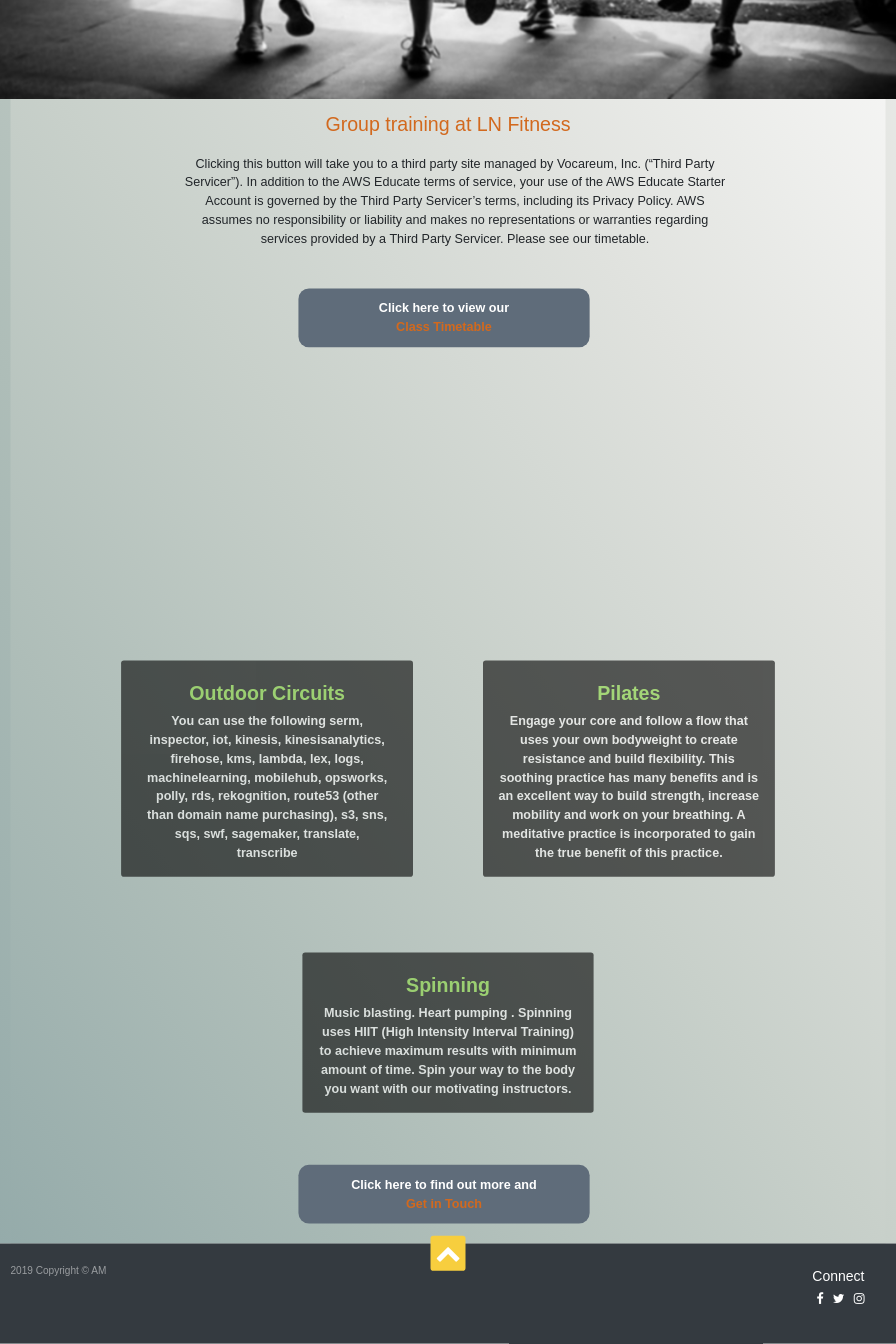
Repository: murphya14/Fitness-webpage
Page: group-training.html
The author's editor kept a record of every edit. The page is drawn from the files as they stood at one moment, then again after the next edit.
The browser window is 1280 px wide. The pictures show the part of the page from y = 738 to 2658 px (the page is 2658 px tall), at 70% of full size.
Pictures or frames that could not be fetched are drawn as grey boxes. Some web libraries are served in a nearby version.

Above is the page before.

### group-training.html
<!DOCTYPE html>
<html lang="en">

<head>
  <meta charset="UTF-8">
  <meta name="viewport" content="width=device-width, initial-scale=1.0">
  <meta http-equiv="X-UA-Compatible" content="ie=edge">
    <link rel="stylesheet" href="https://stackpath.bootstrapcdn.com/bootstrap/4.3.1/css/bootstrap.min.css" <link rel="stylesheet" href="https://stackpath.bootstrapcdn.com/font-awesome/4.7.0/css/font-awesome.min.css" type="text/css" />
  <link rel="stylesheet" href="assets/css/style.css" />
  <link rel="shortcut icon" type="image/x-icon" href="assets/favicon.ico">
  <link rel="stylesheet" href="https://cdnjs.cloudflare.com/ajax/libs/font-awesome/4.7.0/css/font-awesome.min.css">
  <link rel="stylesheet" type="text/css" href="//fonts.googleapis.com/css?family=Dancing+Script" />
  <script src="https://code.jquery.com/jquery-3.2.1.slim.min.js" integrity="sha384-KJ3o2DKtIkvYIK3UENzmM7KCkRr/rE9/Qpg6aAZGJwFDMVNA/GpGFF93hXpG5KkN" crossorigin="anonymous"></script>

  <title>Home</title>
</head>

<body>



  <header>
    <!-- Logo and Nav bar-->
    <!-- Used help from Stack overflow: https://stackoverflow.com/questions/23949804/how-to-change-link-color-bootstrap-->


    <nav class=" container-fliud navbar navbar-expand-lg navbar-custom  fixed-top navbar-light topnav">
      <div><a class="logo " href="index.html">
          <img src="assets/images/logo.png" alt="logo">
        </a></div>


      <div>
        <div>
          <ul class="nav justify-content-center container-fluid">

            <li class="nav-item">
              <a class="nav-link" href="index.html">Home</a>
            </li>
            <li class="nav-item ">
              <a class="nav-link" href="about.html">About</a>
            </li>
            <li class="nav-item  ">
              <a class="nav-link" href="personal-training.html">Personal Training</a>
              <li class="nav-item ">
                <a class="nav-link" id="active" href="group-training.html">Group Training</a>
              </li>
             <li class="nav-item ">
                <a class="nav-link" href="get-in-touch.html">Get in Touch</a>
              </li>
          </ul>

        </div>
        <!-- Select menu for Nav bar for smaller devices-->


  <select id="select">
    <option value="index.html" >Home</option>
    <option value="about.html" >About</option>
    <option value="personal-training.html">Personal Training</option>
    <option value="group-training" selected="selected">Group Training</option>
    <option value="get-in-touch">Get in Touch</option>
  </select>

        <!-- Social links-->

        <div class="row no-gutters">
          <div class="col">

            <div class="nav-link">

              <ul class="list-inline social-links">
                <li class="list-inline-item">
                  <a target="_blank" href="#">
                            <i class="fa fa-facebook" aria-hidden="true"></i>
                            <span class="sr-only">Facebook</span>
                        </a>
                </li>
                <li class="list-inline-item">
                  <a target="_blank" href="#">
                            <i class="fa fa-twitter" aria-hidden="true"></i>
                            <span class="sr-only">Twitter</span>
                        </a>
                </li>


                <li class="list-inline-item">
                  <a target="_blank" href="#">
                            <i class="fa fa-instagram" aria-hidden="true"></i>
                            <span class="sr-only">Instagram</span>
                        </a>
                </li>

              </ul>
            </div>
          </div>
        </div>

    </nav>


  </header>

  <!-- Container for main image -->


    <section class="section ">

  <div class="container-fluid ">

<div class="container-fluid">
      <div class="row main-image ">

        <div class=" col-md-12 image-about">
          <img src="assets/images/group.jpg"  alt="Group Fitness">

          <h2 class="image-text">LN Fitness</h2>
        </div>
      </div>
  </div>

  <!-- Content for section -->

  <div class="container-fluid section">
    <div class="row">
      <div class="col-md-12">
        <h3 class="section-heading">Group training at LN Fitness</h3>
        <p class="col-md-8 section-p-about">Clicking this button will take you to a third party site managed by Vocareum, Inc. (“Third Party Servicer”). In addition to the AWS Educate terms of service, your use of the AWS Educate Starter Account is governed by the Third Party Servicer’s
          terms, including its Privacy Policy. AWS assumes no responsibility or liability and makes no representations or warranties regarding services provided by a Third Party Servicer.</a>
          Please see our timetable.</p>
          </div>
         </div>



     <div class="row">
   <div class="col-md-4 free-link  ">
  <a class="section-link" id="click-here-active" href="assets/timetable.pdf" target="_blank">Click here to view our <p class="highlight">Class Timetable</p></a></div>
     </div>


<div class="row justify-content-center">
    <div class=" center col-md-12 content">
      <iframe src="https://player.vimeo.com/video/229291915" width="640" height="360" frameborder="0" allow="autoplay; fullscreen" allowfullscreen></iframe>


<div class="col free-link  mobile-only"><a class="section-link"  id="click-here-active" href="https://player.vimeo.com/video/229291915" target="_blank">Click here to view our <p class="highlight">Group Class in action</p></a>
</div>
 </div>

 </div>

    <div class="row justify-content-center">


      <div class="transbox col-md-4 col-sm-12">
        <h3 class="box-heading"> Outdoor Circuits</h3>
        <div class="container">
          <p>You can use the following serm, inspector, iot, kinesis, kinesisanalytics, firehose, kms, lambda, lex, logs, machinelearning, mobilehub, opsworks,
            polly, rds, rekognition, route53 (other than domain name purchasing), s3, sns, sqs, swf, sagemaker, translate, transcribe</p>
        </div>
      </div>





      <div class="transbox col-md-4 col-sm-12">
        <h3 class="box-heading"> Pilates</h3>
        <p>Engage your core and follow a flow that uses your own bodyweight to create resistance and build flexibility. This soothing practice has many benefits and is an excellent way to build strength, increase mobility and work on your breathing. A meditative practice is incorporated to gain the true benefit of this practice. </p>
      </div>

      <div class="transbox   col-md-4 col-sm-12">
        <h3 class="box-heading"> Spinning</h3>
        <p>Music blasting. Heart pumping . Spinning uses HIIT (High Intensity Interval Training) to achieve maximum results with minimum amount of time. Spin your way to the body you want with our motivating instructors. </p>
      </div>


    </div>

   <div class="row">
    <div class="col-md-4 free-link"><a class="section-link" id="click-here-active" href="get-in-touch.html">Click here to find out more and <p class="highlight">Get in Touch</p></a></div>

</div>
  </div>




  </div>
  </div>

  </section>
  </div>




  <!-- footer-->

  <footer id="footer" class="container-fluid py-4 bg-dark text-white-50">
    <div class="row">

      <div class="col-sm-4 text-footer">
        <small>2019 Copyright &copy; AM</small></div>

      <div class="col-sm-4 "><a href="#top" id="button"></a></div>


      <div class="col-sm-4">

        <!-- footer social media links-->
        <div class="footer-link">
          <h5 class="uppercase general-sub">Connect</h5>
          <ul class="list-inline social-links">
            <li class="list-inline-item">
              <a target="_blank" href="#">
                            <i class="fa fa-facebook" aria-hidden="true"></i>
                            <span class="sr-only">Facebook</span>
                        </a>
            </li>
            <li class="list-inline-item">
              <a target="_blank" href="#">
                            <i class="fa fa-twitter" aria-hidden="true"></i>
                            <span class="sr-only">Twitter</span>
                        </a>
            </li>


            <li class="list-inline-item">
              <a target="_blank" href="#">
                            <i class="fa fa-instagram" aria-hidden="true"></i>
                            <span class="sr-only">Instagram</span>
                        </a>
            </li>

          </ul>
        </div>

      </div>

  </footer>






</body>

</html>

### assets/css/style.css
/*----------------------------------------------- Colours*/

.nav-link {
    color: #00ccff;
}

#active {
    color: #5F6C7A;
}

.navbar {
    background:#f7ce3e;

}


li a:hover {
    color: #f7ce3e;
}

/*--------------------------------------------- General*/

body {font-size: 18px;
    font-family: "arial", sans-serif;
    margin: 0; padding: 0; overflow-x:hidden;
}

.center {
  display: block;
  margin-left: auto;
  margin-right: auto;
  width: 50%;
}


.inline-block {
    display: inline-block;
}









col-lg-12 {
           text-align:center;
}

 col-lg-4{
 display:inline-block;
 float: none;
}





/*--------------------------------------------- Nav bar*/

nav ul {

    display: block;
    font-size: 23px;
    font-weight: 700;




}

.nav-link {font-family: Helvetica, Arial, sans-serif;}

    .nav-item {
        margin-left: 40px;
        position:relative;
         }

.logo {
    position: static;
    background: url("../images/rosie.jpg");
    background-position: center;
    background-repeat: no-repeat;
    margin-right:0px;
    padding-top: 10px;
    padding-left: 10px;
    min-height: 100px;
    transition: all .5s ease-in-out;
    -moz-transition: all .5s ease-in-out;
    -webkit-transition: all .5s ease-in-out;
    height: 10%;
    width: 25%;
}

.header {
    position: fixed;
    top: 0;
    left: 0;
    right: 0;
    background-color: #e84610;
    padding: 15px 15px;

}

nav select {
    display: none;
    background-color: #77C9D4;
    color: white;
    border: 1px solid #778899;
   position: relative;
   cursor: pointer;
   top: 100%;
  left: 0;
  right: 0;
  z-index: 99;
  width: 30px;

}

#select {color: #f7ce3e;
    background-color: #5F6C7A;
}


.nav-link
{color: #0A1612;
text-align: center;
padding: 8px;
    margin-right: 0;
    display: block;

    font-size:33;
    font-weight: 500;
    padding-left: 5px;
      transition: all 0.35s ease-in-out;
    -moz-transition: all 0.35s ease-in-out;
    -webkit-transition: all 0.35s ease-in-out;
    -o-transition: all 0.35s ease-in-out;
    max-width:100%;

}
/*-------------------------Social links*/
nav a {color:#5F6C7A;}

nav a:hover {
    color: white;
}

/*-------------------------------------------Section*/

/*-------------------------Section Image*/

.main-image {max-width:100%;
    height:100%;
    padding-left:0;
    padding-right:0;
    position: relative;
    transform: translate(-5%, +10%);
    margin: 0;


}



.image-text {
   position: absolute;
   top: 250px;
   left: 70%;
   width: 100%;
   color:#21EB7B;
   font-family: "Dancing Script";
   font-size: 48px;
   font-variant: normal;
   font-weight: 700;
   line-height: 26.4px;
   text-shadow: 2px 2px 2px #000;
    transform: translate(-50%, -50%);
 }


/*------------------Index.html*/

/*------------------https://mycolor.space/gradient?ori=to+right+top&hex=%2395ABAA&hex2=%23F6F6F5&sub=1*/
 .section {background-image: linear-gradient(to right top, #95abaa, #aebdb8, #c8d0ca, #e0e2de, #f6f6f5);
  text-align: center;
  max-width:100%;
  overflow:hidden;

 }

.section-heading {color: #D2691E;
            text-align: center;
            margin-top:100px;
}

.section-p {padding:12px;
margin:10px;
    padding-bottom: 50px;
;
color: #708090;
text-align: center;
 max-width:100%;
 font-weight: 600;

}

.section-p-about {padding:15px;
    text-align: center;
     width:100%;
     margin:10px;
     margin-bottom: 40px;}



.free-link {text-align: center;
    font-weight: 700;
    background-color: #5F6C7A;
    font:white;
    padding:15px;
    margin:15px;
    border-radius:15px;
      display:block;
  bottom: 5px;

  transition: background-color .3s;
  z-index: 1000;
  position: relative;
   left: 55%;
   transform: translate(-50%,-50%);


}

.section-link {color:white;
 width:120px;


}


.section a:hover {color:#f7ce3e;
text-decoration:none;

}

/*------------------About.html*/


/* With help from https://www.w3schools.com/css/tryit.asp?filename=trycss_transparency*/

div.transbox {
  margin: 50px;
  border-radius: 4px;
  background-color: black;
  opacity: 0.6;
  filter: alpha(opacity=60);
  padding: 10px;

  width:100%;
  height:100%;
 position:relative;
 transform: translateY(-10%);
 border: 20px;

}




.content{margin: auto;
display: flex;
justify-content: center;
align-items: center;
resize: both;
padding-top: 0px !important;

}


div.transbox p, ol {
  margin: 10px;
  font-weight: bold;
  color: #F5F4F4;
}



.box-heading {font-weight:700;
color:#87D63E;}


/*------------------personal-training.html*/

.col-md-10 {transform: translate(+5%,0);}

.transbox-testimony {height:100%;
padding-top: 5%;

}

.highlight {color:#D2691E;
    padding:0;
    margin:0;
}




/*------------------group-trainig.html*/

iframe {margin-bottom: 40px;}


/*------------------get-in-touch.html*/


  .row {
  display: flex;
}

.column {
  flex: 50%;
}

.main-image-contact {transform: translate(-5%,0%);
width:100%;
margin:0;

}

.contact-box {
 padding-top:40px;
  height:100%;
 position:relative;
 transform: translateX(-10%);



}

.box-heading {padding-top:20px;}

.btn {

  color: black;
  font-weight:700;
  padding: 15px 20px;
  border: none;
  cursor: pointer;
  background-color:#f7ce3e;
 width:50%;
}

.btn:hover {
  opacity: 1;
  background-color:#D2691E ;
  color: white;
}

.center-form {opacity:1;
   }

.custom-checkbox {margin: 15px;
color:#D2691E;}



/*--------------------------------------------- footer*/

#button {
  text-align: center;
  display: inline-block;
  background-color: #f7ce3e;
  width: 50px;

  border-radius: 4px;
  bottom: 10px;
  right: 30px;
  transition: background-color .3s;
  z-index: 1000;
  position: relative;
   left: 50%;

     transform: translate(-50%,-50%);


}


#button:hover {
  cursor: pointer;
  background-color: #333;
}
#button:active {
  background-color: #555;
}

#button::after {
  content: "\f077";
  font-family: FontAwesome;
  font-weight: normal;
  font-style: normal;
  font-size: 2em;
  line-height: 50px;
  color: #fff;
}

.footer-link
{color: white;
text-align: right;

    float: none;
    padding-bottom: 10px;
    padding-right: 30px;
    padding-top:10px;
    font-size:33;
    font-weight: 500;
    padding-left: 5px;
      transition: all 0.35s ease-in-out;
    -moz-transition: all 0.35s ease-in-out;
    -webkit-transition: all 0.35s ease-in-out;
    -o-transition: all 0.35s ease-in-out;

}

footer a {color:white;}

 footer  a:hover {
    color: #f7ce3e;
}

.text-footer {float: left;
padding-bottom: 5px;
text-align: left;

}

#footer { min-height: 120px;

    margin: 0;
    padding: 15px;
    max-width:100%;}



/*------------- Responsive design*/

/* Extra small devices (phones, 600px and down) */


@media only screen and (max-width:600px) {

/*------------------------------------- Changing the menu to a select bar for smaller screens*/

    nav select {
        display: inline-block;
        width: 55%;
        height: 25%;
          border-radius: 4px;
        position: left;
    }
    .nav-item {
        display: none;
    }
    .logo {
        position: right;
        height: 80%;
    }
     .column {
    width: 100%;
  }

  .navbar {position: relative;}





.text-footer {margin-top: 30px;}

.mobile-link {
    margin: 40px;
    margin-right: 100px;
    padding-bottom: 10px;
}

.timetable-link {
     transform: translate(-50%, 0);
    margin-top: 40px;}



    .logo {
        position: right;
        height: 80%;
    }
     .column {
    width: 100%;
    height:100%;
  }

  .navbar {position: relative;}

   .main-image img {display:none;}

  .image-text {
  margin: 0;
  position: absolute;
  top: 50%;
  left: 50%;
  transform: translate(-50%, 60%);}

footer #button {position:relative;
   top:-150%;
}



iframe {display:none;}



section img {display:none;}


.box { transform: translate(-15%, 0);
    padding:10px;
}

.free-link { transform: translate(-75%, 0);
    margin:40px;
}

.timetable-link { transform: translate(-65%, 0);
      margin:30px;
}


.contact-box{
margin: 10px;
padding-top: 10px;
transform: translate(-15%, -20%);

}


}


/* Medium devices (landscape tablets, 768px and up) */

@media only screen and (min-width: 768px){
.section-p-about {  transform: translate(25%, 0);}


.timetable-link {margin:300px;
    margin-top:50px;
    width: 50%;
}
iframe {margin-left: 50px;}

.box { margin:30px;
    padding:10px;
}


 iframe, .box {transform: translate(-5%, 0);}


 .free-link {transform: translate(-70%, -10%);}


 .mobile-only {display:none;}

}


@media only screen and (max-width: 768px){

 .contact-box {
 padding-top:200px;}




.timetable-link {transform: translate(-200%, -10%);}

.main-image-contact {display:none;}

}
/* Large devices (laptops/desktops, 992px and up) */

@media only screen and (max-width: 992px) {

.mobile-only {display:none;}



}
/* Medium/large devices  (Ipad Pro, 1024px and up) */

@media only screen and (max-width: 1024px) {

.main-image-contact {display:none;}

.contact-box{
margin:180px;
transform: translate(-15%, 0%);
padding:40px;

}


}

/* Extra large devices (large laptops and desktops, 1200px and up) */

@media only screen and (min-width: 1200px) {

 .mobile-only {display:none;}

 .timetable-link {transform: translate(-130%, -10%);}


.transbox {transform: translate(10%, 0);}

.contact-box {
 padding-top:30px;
  height:100%;
 position:relative;
 transform: translateX(-10%);
 column-span: all;
margin-bottom: 0;
margin-top:0;
float:right;


}
}

After the next edit:
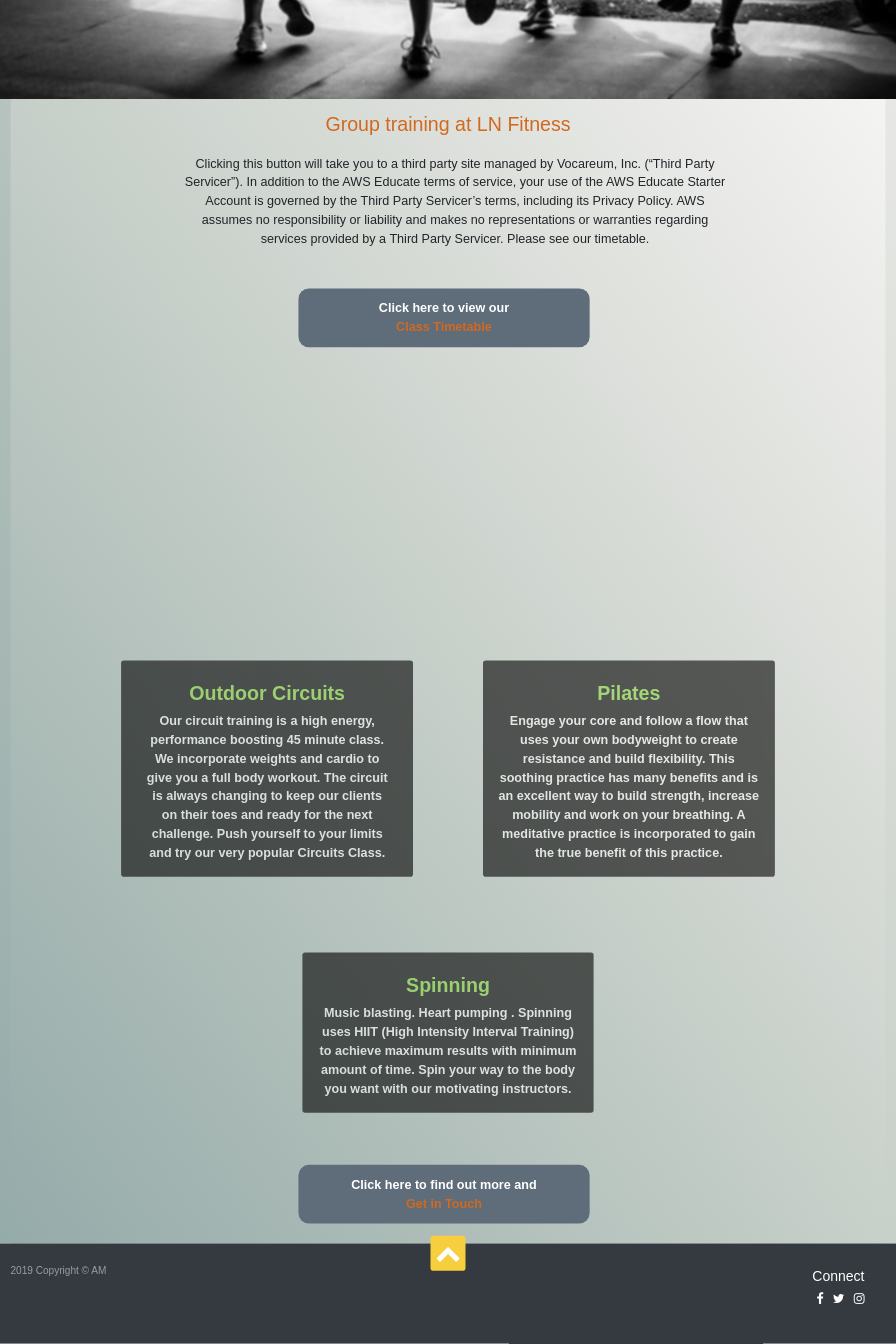
The edit:
--- a/group-training.html
+++ b/group-training.html
@@ -156,8 +156,7 @@
       <div class="transbox col-md-4 col-sm-12">
         <h3 class="box-heading"> Outdoor Circuits</h3>
         <div class="container">
-          <p>You can use the following serm, inspector, iot, kinesis, kinesisanalytics, firehose, kms, lambda, lex, logs, machinelearning, mobilehub, opsworks,
-            polly, rds, rekognition, route53 (other than domain name purchasing), s3, sns, sqs, swf, sagemaker, translate, transcribe</p>
+          <p>Our circuit training is a high energy, performance boosting 45 minute class. We incorporate weights and cardio to give you a full body workout. The circuit is always changing to keep our clients on their toes and ready for the next challenge. Push yourself to your limits and try our very popular Circuits Class. </p>
         </div>
       </div>
 
